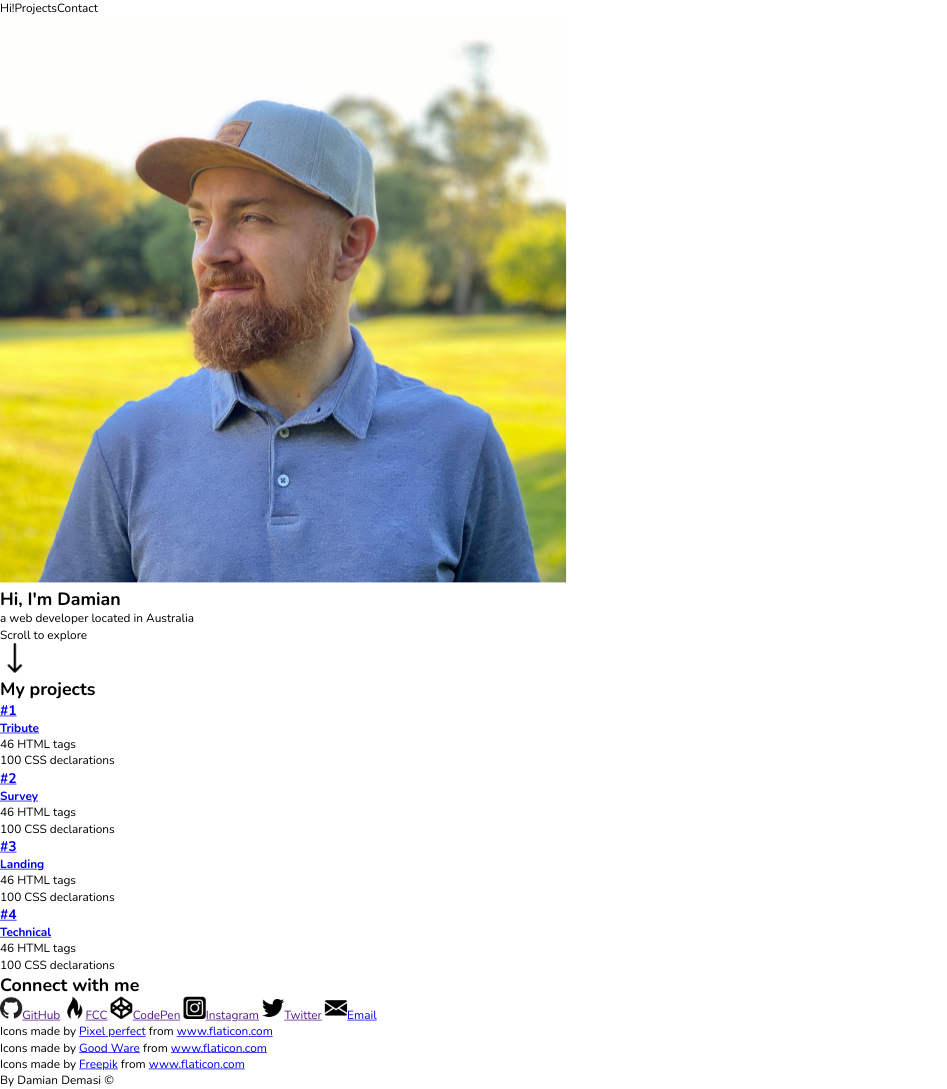
Repository: Colo-Codes/freecodecamp-05-Personal-Portfolio-Webpage
Page: index.html
The author's editor kept a copy of each file at every save. The page is drawn from the files as they stood at one save, then again after the next save.
The browser window is 1280 px wide. The pictures show the whole page, at 74% of full size.

Above is the page before, as saved 2021-06-03 10:58:23.

### index.html
<!DOCTYPE html>
<html lang="en">
<head>
    <meta charset="UTF-8">
    <meta http-equiv="X-UA-Compatible" content="IE=edge">
    <meta name="viewport" content="width=device-width, initial-scale=1.0">
    <link rel="preconnect" href="https://fonts.gstatic.com">
    <link href="https://fonts.googleapis.com/css2?family=Nunito:wght@300;400;700&display=swap" rel="stylesheet">
    <link rel="stylesheet" href="./css/index.css">
    <title>Personal Portfolio Webpage</title>
</head>
<body>
    <header>
        <navbar id="navbar">
            <ul id="navbar-flex-container">
                <li class="navbar-flex-item">Hi!</li>
                <li class="navbar-flex-item">Projects</li>
                <li class="navbar-flex-item">Contact</li>
            </ul>
        </navbar>
    </header>

    <section id="welcome-section">
        <div id="top-layer">
            <img src="./img/6D5BF231-2A3E-4029-9EFE-9C82AF0D506F_1_105_c.jpeg" alt="Damian's profile picture: he has a hat, beard, and he is looking left while standing on a green field.">
            <h1>Hi, I'm Damian</h1>
            <p>a web developer located in Australia</p>
            <p>Scroll to explore</p>
            <img src="./img/down-arrow.png" alt="Arrow pointing down." height="40px">
        </div>
        <div id="bottom-layer"></div>
    </section>

    <section id="projects">
        <h2>My projects</h2>

        <div class="project-card">
            <div class="project-tile">
                <a href="#project1"><h3>#1</h3><h4>Tribute</h4></a>
            </div>
            <p>46 HTML tags</p>
            <p>100 CSS declarations</p>
        </div>

        <div class="project-card">
            <div class="project-tile">
                <a href="#project1"><h3>#2</h3><h4>Survey</h4></a>
            </div>
            <p>46 HTML tags</p>
            <p>100 CSS declarations</p>
        </div>

        <div class="project-card">
            <div class="project-tile">
                <a href="#project1"><h3>#3</h3><h4>Landing</h4></a>
            </div>
            <p>46 HTML tags</p>
            <p>100 CSS declarations</p>
        </div>

        <div class="project-card">
            <div class="project-tile">
                <a href="#project1"><h3>#4</h3><h4>Technical</h4></a>
            </div>
            <p>46 HTML tags</p>
            <p>100 CSS declarations</p>
        </div>

    </section>

    <section id="contact">
        <h2>Connect with me</h2>
        <a href="" id="profile-link" target="_blank"><img src="./img/github.png" width="30px">GitHub</a>
        <a href="" id="profile-link-fcc" target="_blank"><img src="./img/fire.png" width="30px">FCC</a>
        <a href="" id="profile-link-codepen" target="_blank"><img src="./img/3d-outlined-shape.png" width="30px">CodePen</a>
        <a href="" id="profile-link-instagram" target="_blank"><img src="./img/instagram.png" width="30px">Instagram</a>
        <a href="" id="profile-link-twitter" target="_blank"><img src="./img/twitter.png" width="30px">Twitter</a>
        <a href="mailto:damian.demasi.1@gmail.com" id="profile-link-email" target="_blank"><img src="./img/email.png" width="30px">Email</a>
    </section>

    <footer>
        <div>Icons made by <a href="https://www.flaticon.com/authors/pixel-perfect" title="Pixel perfect">Pixel perfect</a> from <a href="https://www.flaticon.com/" title="Flaticon">www.flaticon.com</a></div>
        <div>Icons made by <a href="https://www.flaticon.com/authors/good-ware" title="Good Ware">Good Ware</a> from <a href="https://www.flaticon.com/" title="Flaticon">www.flaticon.com</a></div>
        <div>Icons made by <a href="https://www.freepik.com" title="Freepik">Freepik</a> from <a href="https://www.flaticon.com/" title="Flaticon">www.flaticon.com</a></div>
        <p>By Damian Demasi &copy;</p>
    </footer>
</body>
</html>

### css/index.css
/* @media */

/* The height of the welcome section should be equal to the height of the viewport. */

/* The navbar should always be at the top of the viewport. */

/* Border-box and font-size */
html {
    box-sizing: border-box;
    font-size: 16px;
}
body {
    font-family: 'Nunito', sans-serif;
}

/* Reset margins and set global values */

*, *::before, *::after {
    box-sizing: inherit;
    margin: 0;
    padding: 0;
}

/* Navbar */

#navbar {
    background-color: #4477E3;
    width: 100%;
    height: 500px;
    height: 200px;
}
#navbar-flex-container {
    display: flex;
}
.navbar-flex-item {
    list-style: none;
}

After the next save:
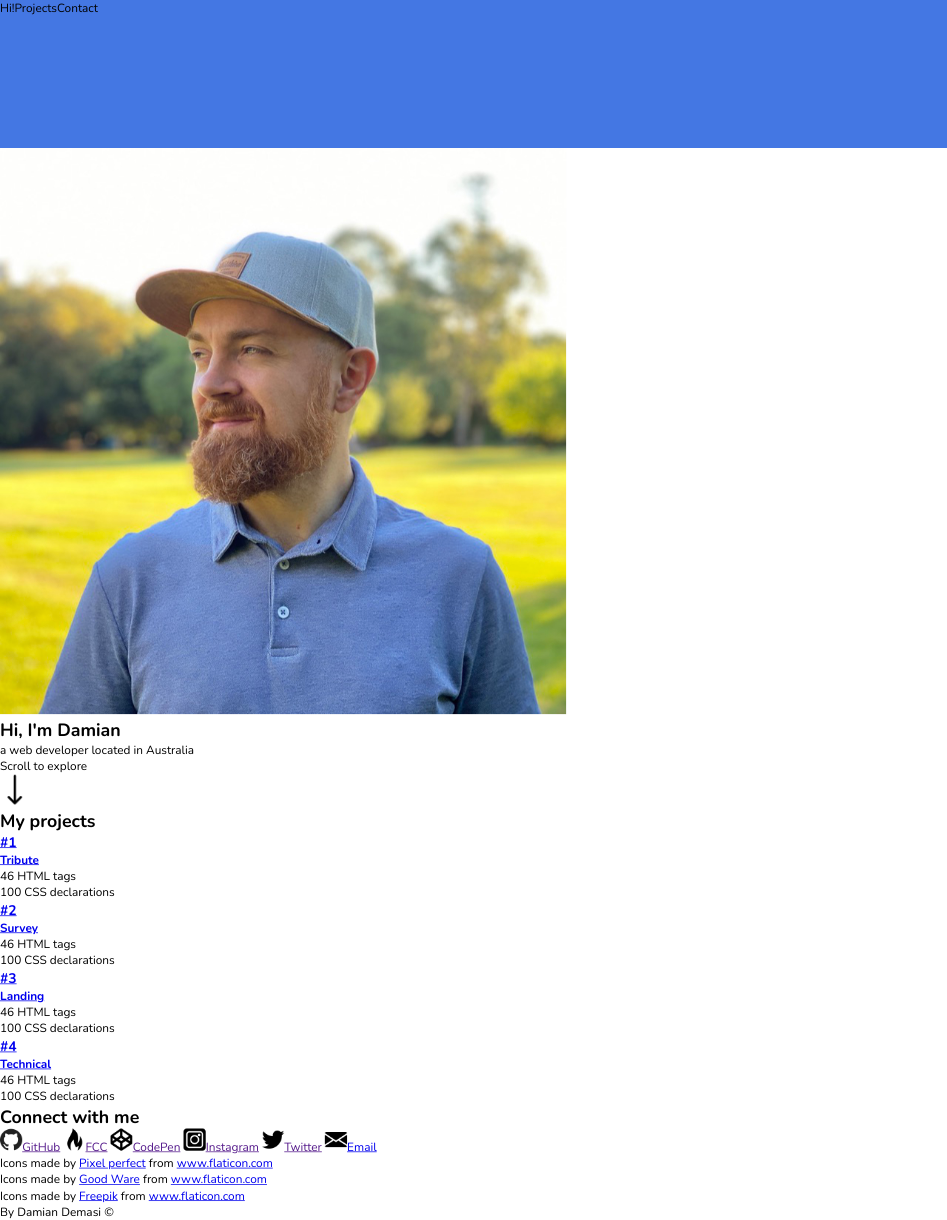
Saved 48 s later.
--- a/css/index.css
+++ b/css/index.css
@@ -24,13 +24,11 @@ body {
 /* Navbar */
 
 #navbar {
-    background-color: #4477E3;
-    width: 100%;
-    height: 500px;
-    height: 200px;
 }
 #navbar-flex-container {
     display: flex;
+    background-color: #4477E3;
+    height: 200px;
 }
 .navbar-flex-item {
     list-style: none;
